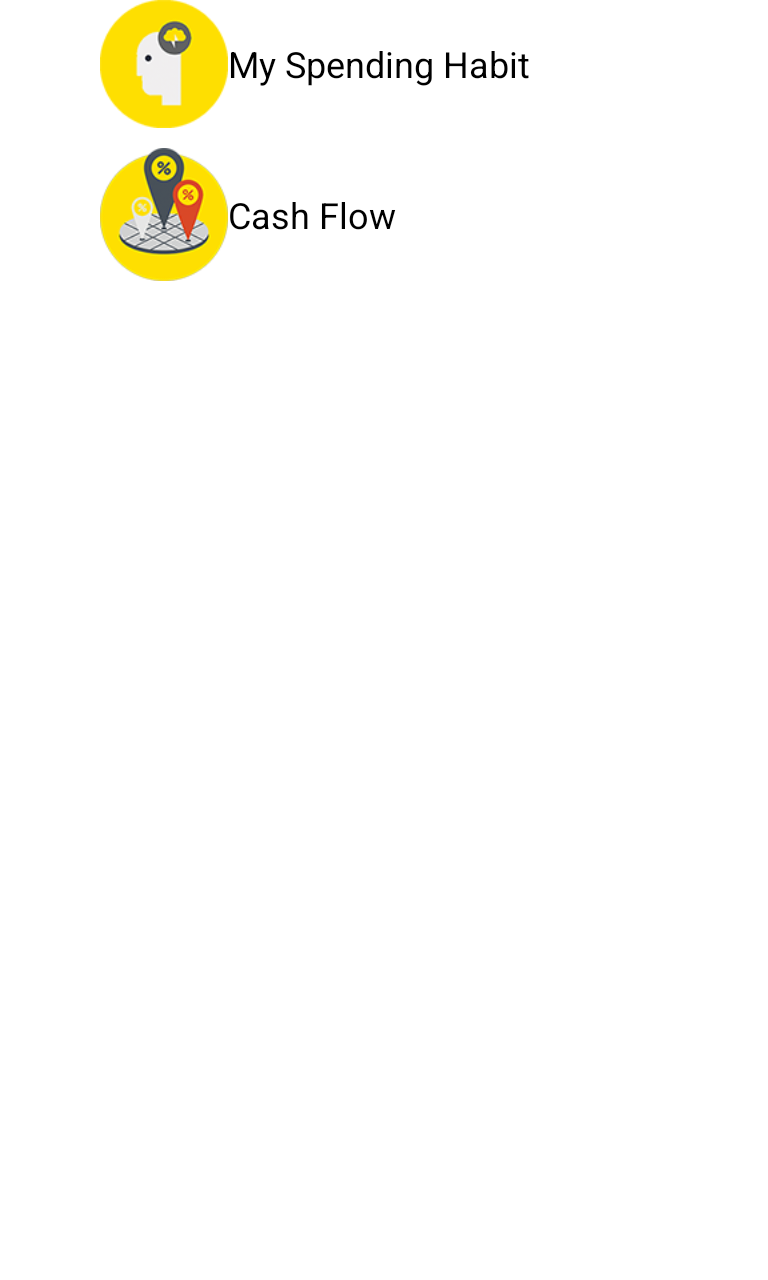
Repository: derek-zhan/RBCPrototypeChallenge
Layout: RBCPrototype/res/layout/activity_menu.xml
The author's editor kept a copy of each file at every save. The layout is drawn from the files as they stood at one save, then again after the next save.
It is drawn on a 768 x 1280 px phone screen (xhdpi) without system bars, with theme AppTheme; the app's code is not run. Lists and similar views that code fills are empty.

Above is the layout before, as saved 2014-06-03 21:01:28.

### RBCPrototype/res/layout/activity_menu.xml
<android.support.v4.widget.DrawerLayout xmlns:android="http://schemas.android.com/apk/res/android"
    android:id="@+id/drawer_layout"
    android:layout_width="match_parent"
    android:layout_height="match_parent" >



    <RelativeLayout
       xmlns:tools="http://schemas.android.com/tools"
       android:layout_width="match_parent"
       android:layout_height="match_parent"
       android:id="@+id/menu_relative_layout"
    >
    	<Button
    		android:id="@+id/spending_habit_button"
    		android:layout_marginLeft="50dp"
    		android:layout_marginBottom="10dp"
    		android:layout_width="wrap_content"
    		android:layout_height="wrap_content"
    		android:layout_alignToParentLeft="true"
    		android:drawableLeft="@drawable/icon_analyzing"
    		android:background="@null"
    		android:text="@string/analyzing_button_text"/>
    	<Button
    		android:id="@+id/cashflow_button"
    		android:layout_marginLeft="50dp"
    		android:layout_marginBottom="10dp"
    		android:layout_width="wrap_content"
    		android:layout_height="wrap_content"
    		android:layout_below="@id/spending_habit_button"
    		android:layout_alignToParentLeft="true"
    		android:drawableLeft="@drawable/icon_cashflow"
    		android:background="@null"
    		android:text="@string/cashflow_button_text"/>

    </RelativeLayout>
    <FrameLayout
        android:id="@+id/content_frame"
        android:layout_width="match_parent"
        android:layout_height="match_parent" />

    <ListView
        android:id="@+id/left_drawer"
        android:layout_width="240dp"
        android:layout_height="match_parent"
        android:layout_gravity="start"
        android:background="@color/navy"
        android:choiceMode="singleChoice"
        android:divider="@android:color/transparent"
        android:dividerHeight="0dp" />

</android.support.v4.widget.DrawerLayout>

### RBCPrototype/res/values/strings.xml
<?xml version="1.0" encoding="utf-8"?>
<resources>

    <string name="app_name">RBCPrototype</string>
    <string name="hello_world">Hello world!</string>
    <string name="action_settings">Settings</string>
    <string name="title_activity_main">MainActivity</string>
    <string name="app_id">487693571361090</string>
    <string name="title_activity_menu">Pages</string>
    <string name="analyzing_button_text">My Spending Habit</string>
    <string name="cashflow_button_text">Cash Flow</string>
    <string name="expenses_button_text">Investment Opportunity</string>
    <string name="suggestions_button_text">Others</string>


    <string-array name="navigation_drawer_items_array">
        <item>My Spending Habit</item>
        <item>Cash Flow</item>
        <item>Investment Oppoturnity</item>
    </string-array>

    <string name="title_section1">Section 1</string>
    <string name="title_section2">Section 2</string>
    <string name="title_section3">Section 3</string>
    <string name="drawer_open">Open navigation drawer</string>
    <string name="drawer_close">Close navigation drawer</string>
    <string name="action_example">Example action</string>

</resources>

### RBCPrototype/res/values/color.xml
<?xml version="1.0" encoding="utf-8"?>
<resources>

 <color name="white">#FFFFFF</color>
 <color name="yellow">#FFFF00</color>
 <color name="fuchsia">#FF00FF</color>
 <color name="red">#FF0000</color>
 <color name="silver">#C0C0C0</color>
 <color name="gray">#808080</color>
 <color name="olive">#808000</color>
 <color name="purple">#800080</color>
 <color name="maroon">#800000</color>
 <color name="aqua">#00FFFF</color>
 <color name="lime">#00FF00</color>
 <color name="teal">#008080</color>
 <color name="green">#008000</color>
 <color name="blue">#0000FF</color>
 <color name="navy">#000080</color>
 <color name="black">#000000</color>



</resources>

Loaded but not shown: RBCPrototype/res/values/styles.xml (common file); RBCPrototype/res/values-v11/styles.xml (common file); RBCPrototype/res/values-v14/styles.xml (common file)

After the next save:
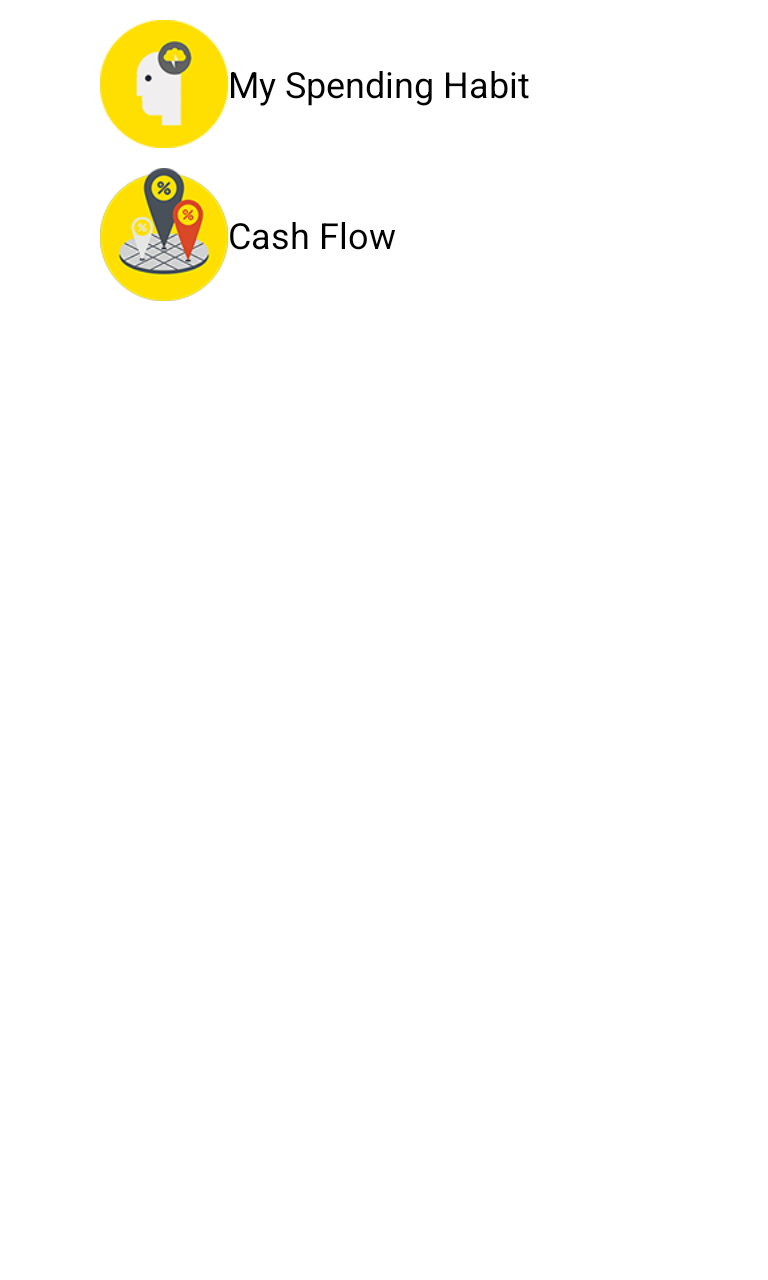
Saved 59 s later.
--- a/RBCPrototype/res/layout/activity_menu.xml
+++ b/RBCPrototype/res/layout/activity_menu.xml
@@ -14,7 +14,7 @@
     	<Button
     		android:id="@+id/spending_habit_button"
     		android:layout_marginLeft="50dp"
-    		android:layout_marginBottom="10dp"
+    		android:layout_marginTop="10dp"
     		android:layout_width="wrap_content"
     		android:layout_height="wrap_content"
     		android:layout_alignToParentLeft="true"
@@ -24,7 +24,7 @@
     	<Button
     		android:id="@+id/cashflow_button"
     		android:layout_marginLeft="50dp"
-    		android:layout_marginBottom="10dp"
+    		android:layout_marginTop="10dp"
     		android:layout_width="wrap_content"
     		android:layout_height="wrap_content"
     		android:layout_below="@id/spending_habit_button"
